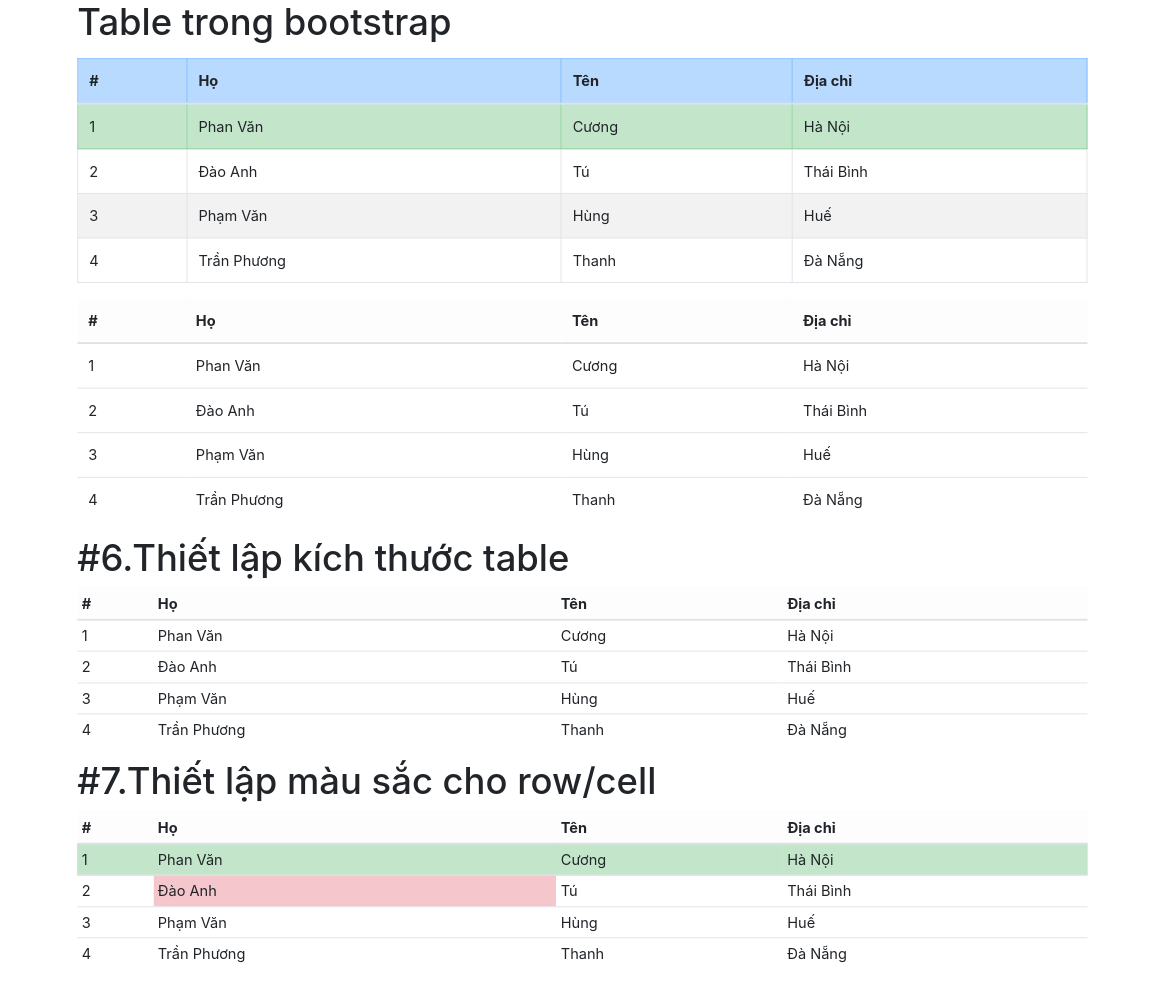
Repository: anhtu2110/front_end
Page: lesson/bootstrap/advance/5.2-table.html
These files come from the project's save history. The page is drawn as it stood at one moment and after the next save; the edit follows.
The browser window is 1280 px wide. The pictures show the whole page, at 91% of full size.

Above is the page before, as saved 2022-12-06 20:14:03.

### lesson/bootstrap/advance/5.2-table.html
<!DOCTYPE html>
<html lang="en">
  <head>
    <meta charset="UTF-8" />
    <meta http-equiv="X-UA-Compatible" content="IE=edge" />
    <meta name="viewport" content="width=device-width, initial-scale=1.0" />
    <link rel="stylesheet" href="./bootstrap/css/bootstrap.min.css" />
    <title>Table trong bootstrap</title>
  </head>
  <body>
    <div class="container">
      <div class="row">
        <div class="col-md-12">
          <h1 class="table">Table trong bootstrap</h1>
          <table class="table table-bordered table-striped table-hover">
            <thead class="table-primary">
              <tr>
                <th>#</th>
                <th>Họ</th>
                <th>Tên</th>
                <th>Địa chỉ</th>
              </tr>
            </thead>
            <tbody>
              <tr class="table-success">
                <td>1</td>
                <td>Phan Văn</td>
                <td>Cương</td>
                <td>Hà Nội</td>
              </tr>
              <tr>
                <td>2</td>
                <td>Đào Anh</td>
                <td>Tú</td>
                <td>Thái Bình</td>
              </tr>
              <tr>
                <td>3</td>
                <td>Phạm Văn</td>
                <td>Hùng</td>
                <td>Huế</td>
              </tr>
              <tr>
                <td>4</td>
                <td>Trần Phương</td>
                <td>Thanh</td>
                <td>Đà Nẵng</td>
              </tr>
            </tbody>
          </table>
          <table class="table table-hover">
            <thead class="table-light">
              <tr>
                <th>#</th>
                <th>Họ</th>
                <th>Tên</th>
                <th>Địa chỉ</th>
              </tr>
            </thead>
            <tbody>
              <tr>
                <td>1</td>
                <td>Phan Văn</td>
                <td>Cương</td>
                <td>Hà Nội</td>
              </tr>
              <tr>
                <td>2</td>
                <td>Đào Anh</td>
                <td>Tú</td>
                <td>Thái Bình</td>
              </tr>
              <tr>
                <td>3</td>
                <td>Phạm Văn</td>
                <td>Hùng</td>
                <td>Huế</td>
              </tr>
              <tr>
                <td>4</td>
                <td>Trần Phương</td>
                <td>Thanh</td>
                <td>Đà Nẵng</td>
              </tr>
            </tbody>
          </table>
          <h1 class="tex-center">#6.Thiết lập kích thước table</h1>
          <table class="table table-sm table-hover">
            <thead class="table-light">
              <tr>
                <th>#</th>
                <th>Họ</th>
                <th>Tên</th>
                <th>Địa chỉ</th>
              </tr>
            </thead>
            <tbody>
              <tr>
                <td>1</td>
                <td>Phan Văn</td>
                <td>Cương</td>
                <td>Hà Nội</td>
              </tr>
              <tr>
                <td>2</td>
                <td>Đào Anh</td>
                <td>Tú</td>
                <td>Thái Bình</td>
              </tr>
              <tr>
                <td>3</td>
                <td>Phạm Văn</td>
                <td>Hùng</td>
                <td>Huế</td>
              </tr>
              <tr>
                <td>4</td>
                <td>Trần Phương</td>
                <td>Thanh</td>
                <td>Đà Nẵng</td>
              </tr>
            </tbody>
          </table>
          <h1 class="tex-center">#7.Thiết lập màu sắc cho row/cell</h1>
          <table class="table table-sm table-hover">
            <thead class="table-light">
              <tr>
                <th>#</th>
                <th>Họ</th>
                <th>Tên</th>
                <th>Địa chỉ</th>
              </tr>
            </thead>
            <tbody>
              <tr class="table-success">
                <td>1</td>
                <td>Phan Văn</td>
                <td>Cương</td>
                <td>Hà Nội</td>
              </tr>
              <tr>
                <td>2</td>
                <td class="table-danger">Đào Anh</td>
                <td>Tú</td>
                <td>Thái Bình</td>
              </tr>
              <tr>
                <td>3</td>
                <td>Phạm Văn</td>
                <td>Hùng</td>
                <td>Huế</td>
              </tr>
              <tr>
                <td>4</td>
                <td>Trần Phương</td>
                <td>Thanh</td>
                <td>Đà Nẵng</td>
              </tr>
            </tbody>
          </table>
        </div>
      </div>
    </div>
    <script src="js/jquery-3.6.1.min.js"></script>
    <script src="js/popper.min.js"></script>
    <script src="./bootstrap/js/bootstrap.min.js"></script>
  </body>
</html>

Loaded but not shown: lesson/bootstrap/advance/bootstrap/css/bootstrap.min.css (library); lesson/bootstrap/advance/js/jquery-3.6.1.min.js (library); lesson/bootstrap/advance/js/popper.min.js (library); lesson/bootstrap/advance/bootstrap/js/bootstrap.min.js (library)

After the next save:
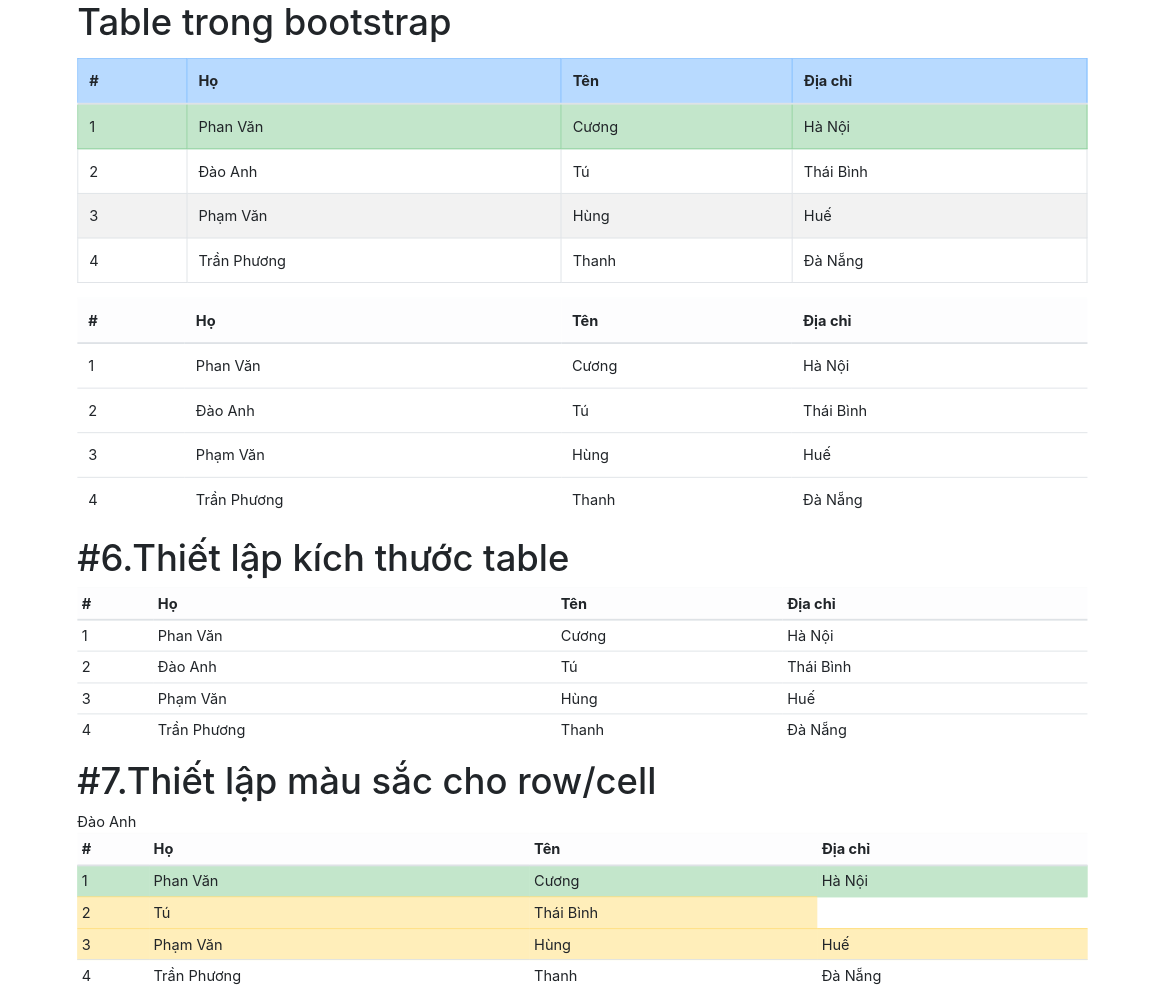
Saved 31 s later.
--- a/lesson/bootstrap/advance/5.2-table.html
+++ b/lesson/bootstrap/advance/5.2-table.html
@@ -138,13 +138,13 @@
                 <td>Cương</td>
                 <td>Hà Nội</td>
               </tr>
-              <tr>
+              <tr class="table-warning">
                 <td>2</td>
-                <td class="table-danger">Đào Anh</td>
+                <t>Đào Anh</t>
                 <td>Tú</td>
                 <td>Thái Bình</td>
               </tr>
-              <tr>
+              <tr class="table-warning">
                 <td>3</td>
                 <td>Phạm Văn</td>
                 <td>Hùng</td>
